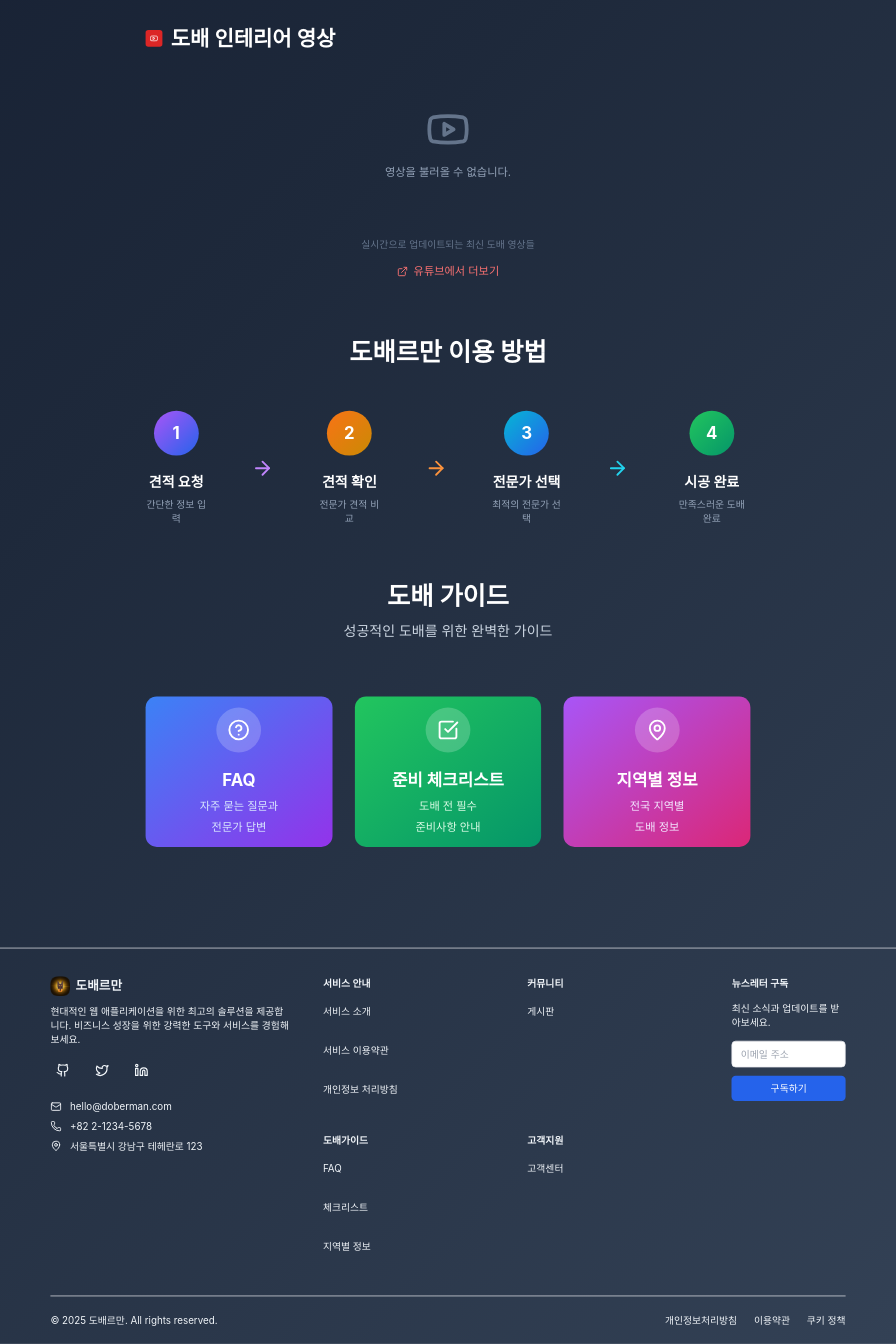
Repository: rambozzang/doberman_nextjs
Page: /
These files come from the project's save history. The page is drawn as it stood at one moment and after the next save; the edit follows.
The browser window is 1280 px wide. The pictures show the part of the page from y = 1647 to 3567 px (the page is 3567 px tall before and 3551 px after), at 70% of full size.
The page's requests for data from a server got no answer. The project was rebuilt for these pictures with package versions that can differ from the ones it lists, and the page was loaded fresh each time. The framework's server and built-in components were replaced by stand-ins that run in the browser. No one was signed in, and anything a server would have sent is missing. Also part of the build but not shown: next.config.mjs, next.config.ts, src/components/AutoLogoutWarning.tsx, src/components/ForgotPasswordModal.tsx, src/components/LoginModal.tsx, src/components/RegisterModal.tsx.

Above is the page before, as saved 2025-06-28 01:17:47.

After the next save:
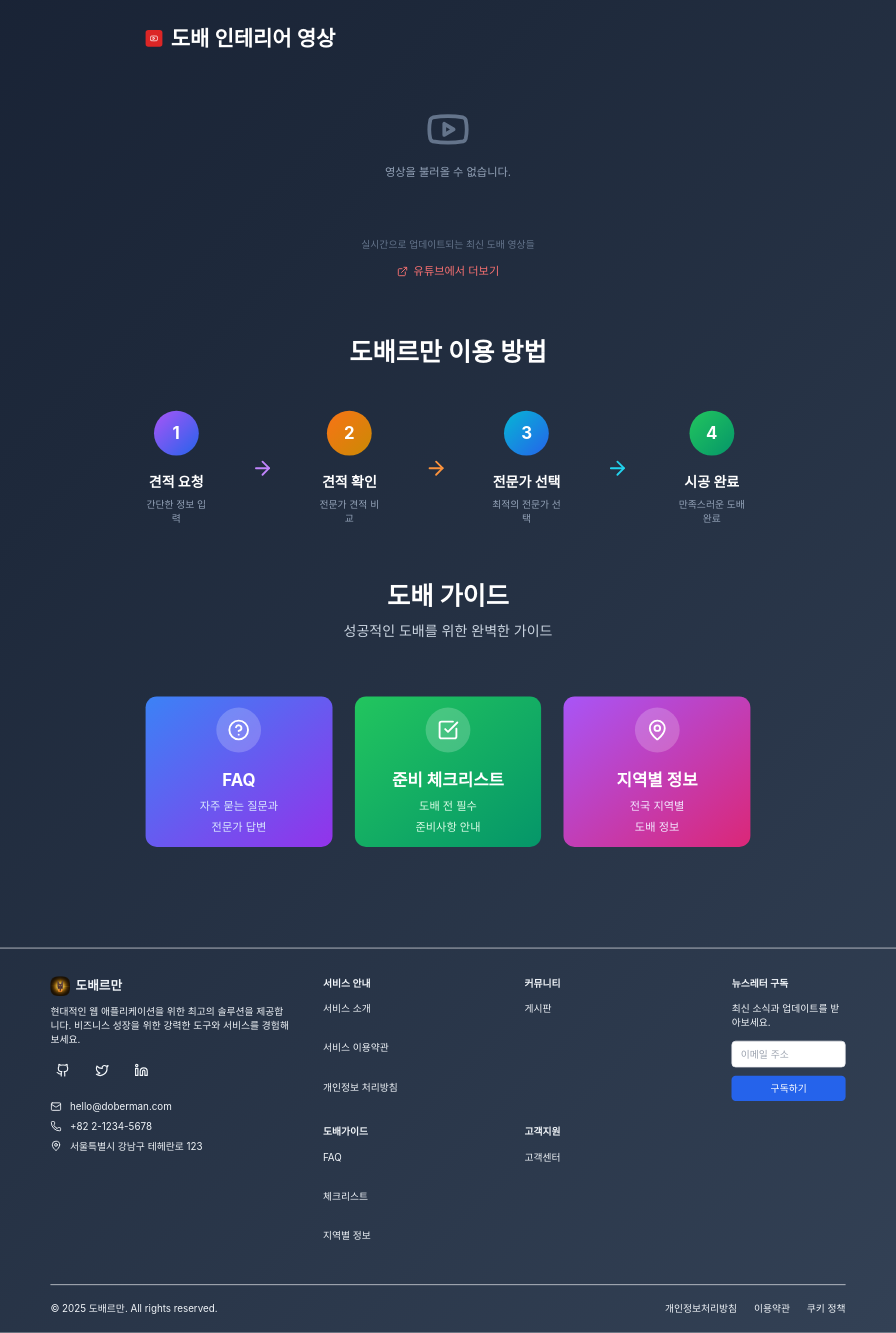
Saved 14 s later.
--- a/src/components/Footer.tsx
+++ b/src/components/Footer.tsx
@@ -193,7 +193,7 @@ const Footer: React.FC<FooterProps> = ({
             {/* Footer Links */}
             <div className="md:col-span-2 lg:col-span-6">
               {/* 데스크톱 버전 - 기존 그리드 */}
-              <div className="hidden md:grid grid-cols-2 gap-4 sm:gap-6 md:gap-8">
+              <div className="hidden md:grid grid-cols-2 gap-3 sm:gap-4 lg:gap-6">
                 {sections.map((section, index) => (
                   <motion.div
                     key={section.title}
@@ -201,7 +201,7 @@ const Footer: React.FC<FooterProps> = ({
                     whileInView={{ opacity: 1, y: 0 }}
                     transition={{ duration: 0.5, delay: index * 0.1 }}
                     viewport={{ once: true }}
-                    className="space-y-3 sm:space-y-4"
+                    className="space-y-2 sm:space-y-3 lg:space-y-3"
                   >
                     <h3 className="text-xs sm:text-sm font-semibold text-foreground">
                       {section.title}
